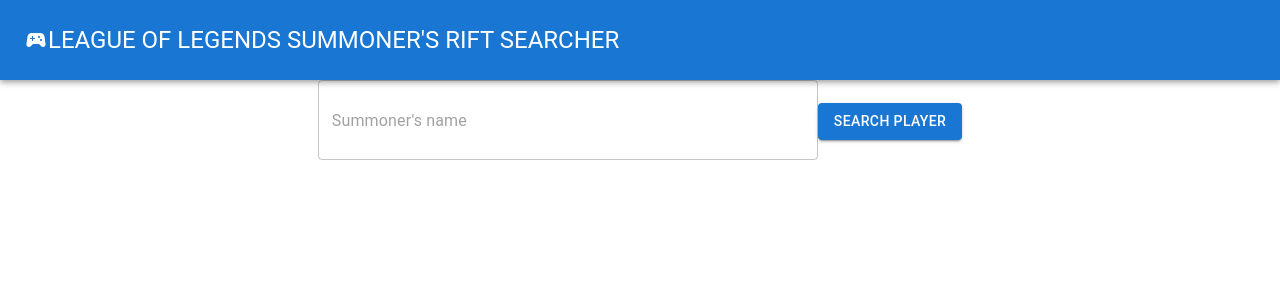
Repository: Mikerr21/League-Of-Legends-API
Page: /
An editor plug-in stored every save of this project. The page is shown before and after the next save, followed by the edit.
The browser window is 1280 px wide. The pictures show the whole page.
The project was rebuilt for these pictures with package versions that can differ from the ones it lists, and the page was loaded fresh each time.

Above is the page before, as saved 2022-09-23 18:48:52.

After the next save:
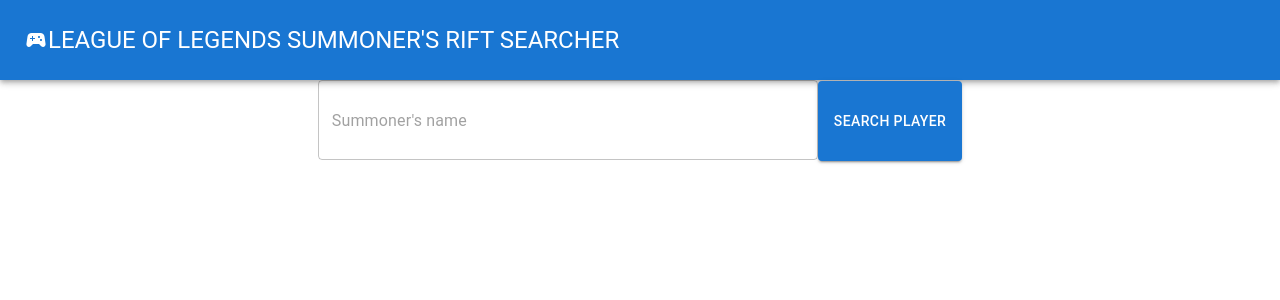
Saved 11 s later.
--- a/src/App.js
+++ b/src/App.js
@@ -29,7 +29,7 @@
   </Toolbar>
 </AppBar>
 <OutlinedInput type="text" placeholder="Summoner's name" style={{height:'80px',width:"500px"}} ></OutlinedInput>
-<Button variant="contained">Search player</Button>
+<Button variant="contained" style={{height:'80px'}}>Search player</Button>
     </div>
   );
 }
